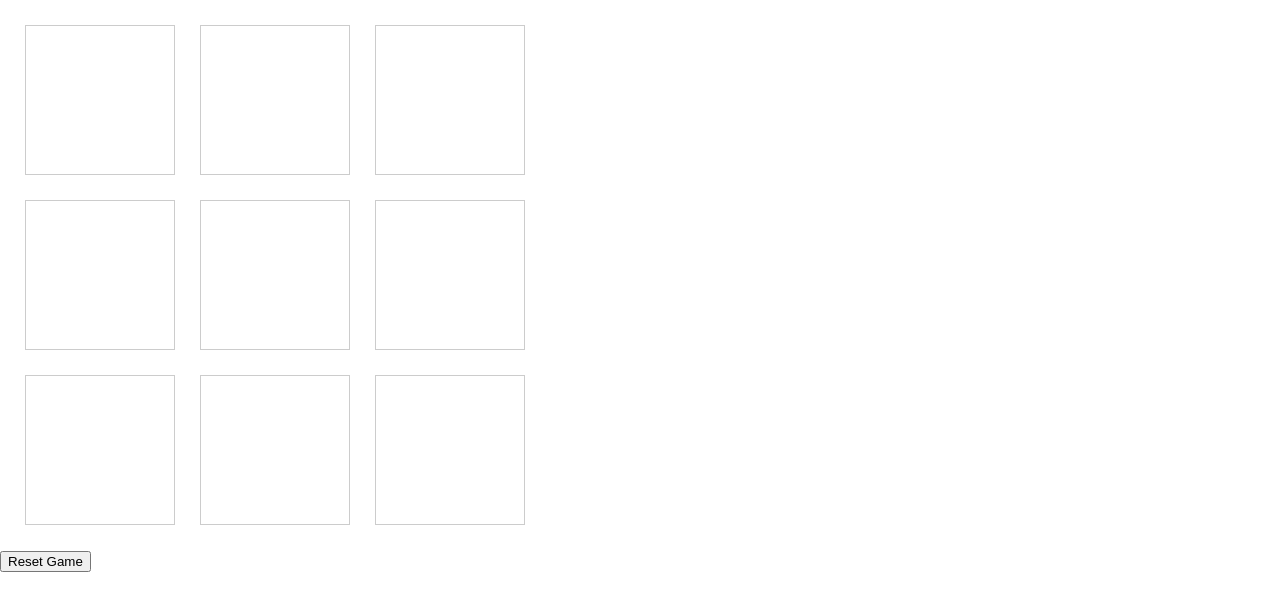
Repository: 16-Doffy/FE-Js
Page: /
An editor plug-in stored every save of this project. The page is shown before and after the next save, followed by the edit.
The browser window is 1280 px wide. The pictures show the whole page.
The project was rebuilt for these pictures with package versions that can differ from the ones it lists, and the page was loaded fresh each time. Also part of the build but not shown: src/App.css, src/components/state/ToggleStyles.css, src/components/state/Toggle.js.

Above is the page before, as saved 2025-01-07 16:26:42.

### src/App.js
import "./App.css";
import Toggle from "./components/state/Toggle";
import Game from "./components/tictacle/Game";

function App() {
  return (
    <div>
      {/* <Toggle /> */}
      <Game />
    </div>
  );
}

export default App;
//children middle YtList

### src/components/tictacle/Game.js
import React, { useState } from 'react';
import Board from './Board';
import "./GameStyle.css";
import { calwinner } from '../../helper';
const Game = () => {
    const[board , setBoard] =useState(Array(9).fill(null));
    const [xIsNext , setXIsNext] = useState(true);
    const winner = calwinner(board);
    const handleClick = (index) => {
        const boardCoppy = [...board];
        if(winner || boardCoppy[index])
            return;
        boardCoppy[index] = xIsNext ? 'X' : 'O';
        setBoard(boardCoppy);
        setXIsNext((xIsNext) => !xIsNext);
    };
    const handleResetGame = () => {
        setBoard(Array(9).fill(null));
        // setXIsNext(true); // luôn là X đầu
    }
    return (
        <div>
          <Board cells={board} onClick={handleClick}/>
          <button onClick={handleResetGame}>Reset Game</button>
        </div>
    );
};

export default Game;

### src/components/tictacle/Board.js
import React from "react";
import Cell from "./Cell";

const Board = (props) => {
  return (
    <div className="game-board">
      {props.cells.map((item, index) => (
        <Cell
         key={index}
        value={item}
        onClick={() => props.onClick(index)} />
      ))}
    </div>
  );
};

export default Board;

### src/components/tictacle/GameStyle.css
.game-board{
    margin: 25px;
    width: 500px;height: 500px;

    display: grid;
    grid-template-columns: repeat(3, 1fr);
    grid-template-rows: repeat(3, 1fr);
    gap: 25px;
}
.game-cell{
 border: 1px solid #ccc;
 cursor: pointer;
display: flex;
align-items: center;
justify-content: center;
font-size: 40px;
}

### src/helper.js
export function calwinner(cells) {
  const lines = [
    [0, 1, 2],
    [3, 4, 5],
    [6, 7, 8],
    [0, 3, 6],
    [1, 4, 7],
    [2, 5, 8],
    [0, 4, 8],
    [2, 4, 6],
  ];
  for (let index = 0; index < lines.length; index++) {
    const [a, b, c] = lines[index];
    if (cells[a] && cells[a] === cells[b] && cells[a] === cells[c]) {
      return cells[a];
    }
  }
  return null;
}

### src/components/tictacle/Cell.js
import React from "react";

const Cell = ({ value, onClick }) => {
  console.log(value, onClick);

  return (
    <div className="game-cell" onClick={onClick}>
      {value}
    </div>
  );
};

export default Cell;




// ex: const props = {
//     value: 'X',
//     onClick:() => value
// }
//ob destructuring
//   const student = {
//     name:'doffy',
//     age:'23'
// };
// const name = student.name;
// const age = student.age;
// const {name, age} = student;
// const Cell = (props) => {
//     const {value , onClick} =props;
//     console.log(value,onClick);

Loaded but not shown: public/index.html (common file); src/index.js (common file); src/index.css (common file); src/reportWebVitals.js (common file)

After the next save:
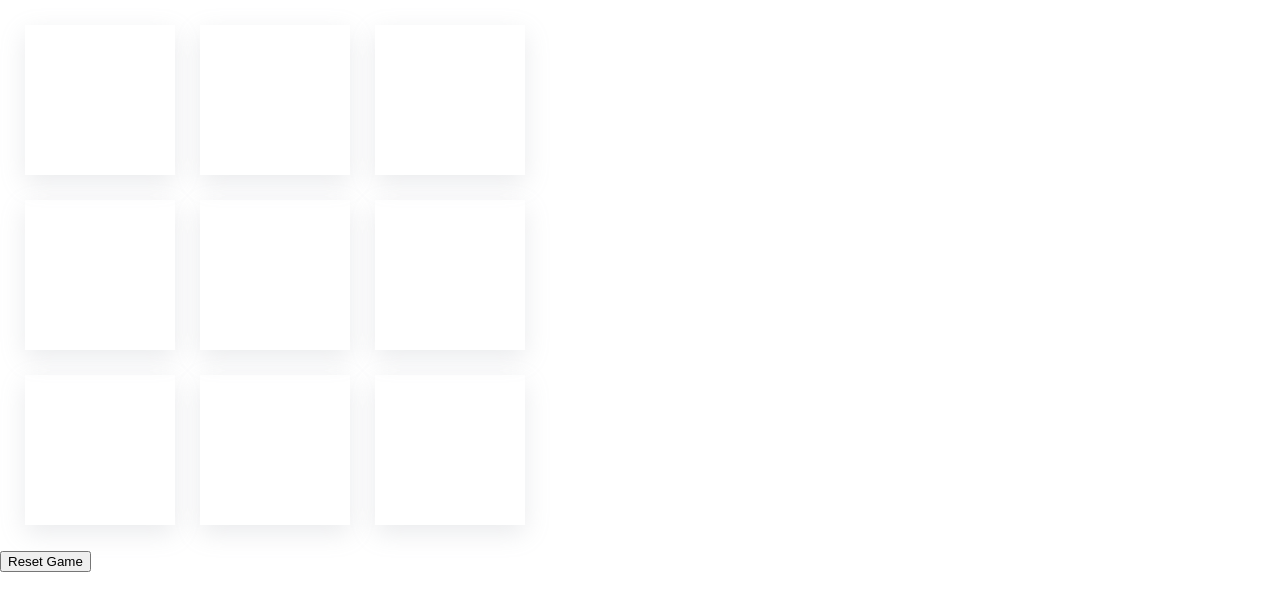
Saved 49 s later.
--- a/src/components/tictacle/GameStyle.css
+++ b/src/components/tictacle/GameStyle.css
@@ -8,10 +8,11 @@
     gap: 25px;
 }
 .game-cell{
- border: 1px solid #ccc;
+
  cursor: pointer;
 display: flex;
 align-items: center;
 justify-content: center;
 font-size: 40px;
+box-shadow: rgb(149, 157, 166, 0.2) 0 8px 24px;
 }
